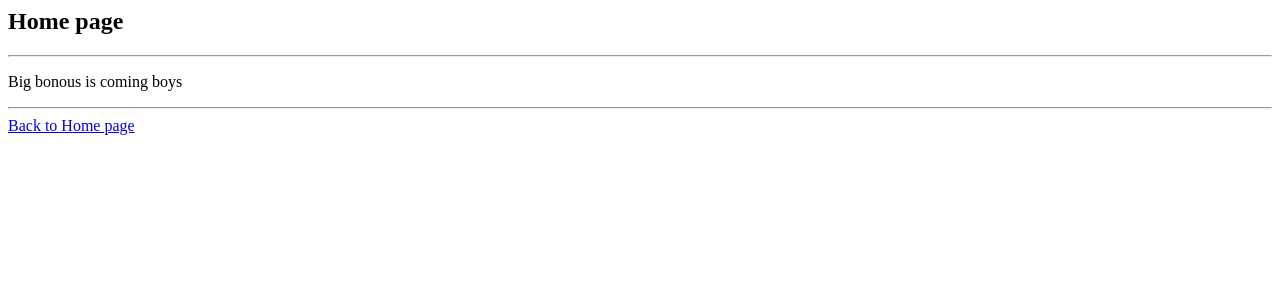
Repository: hardytomp/study-spring-hibernate-jpa-springboot-rest
Page: http://localhost/spring-security-demo-07-user-roles/systems
These files come from the project's save history. The page is drawn as it stood at one moment and after the next save; the edit follows.
The browser window is 1280 px wide. The pictures show the whole page.
The page is served by Tomcat 9.

Above is the page before, as saved 2020-04-27 07:00:09.

After the next save:
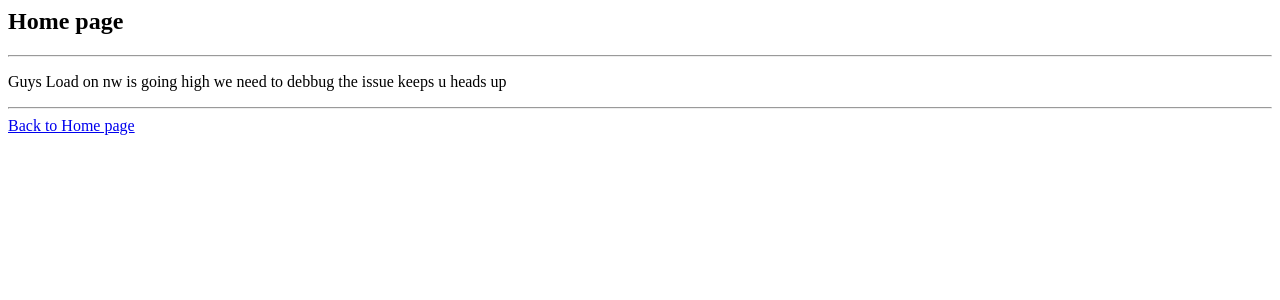
Saved 75 s later.
--- a/spring-security-demo-07-user-roles/src/main/webapp/WEB-INF/view/systems.jsp
+++ b/spring-security-demo-07-user-roles/src/main/webapp/WEB-INF/view/systems.jsp
@@ -8,7 +8,7 @@
 		<h2> Home page</h2>
 		<hr>
 		<p>
-			Big bonous is coming boys
+			Guys Load on nw is  going high we need to debbug the issue keeps u heads up
 		</p>
 		<hr>
 		<a href="${pageContext.request.contextPath}/">Back to Home page</a>
